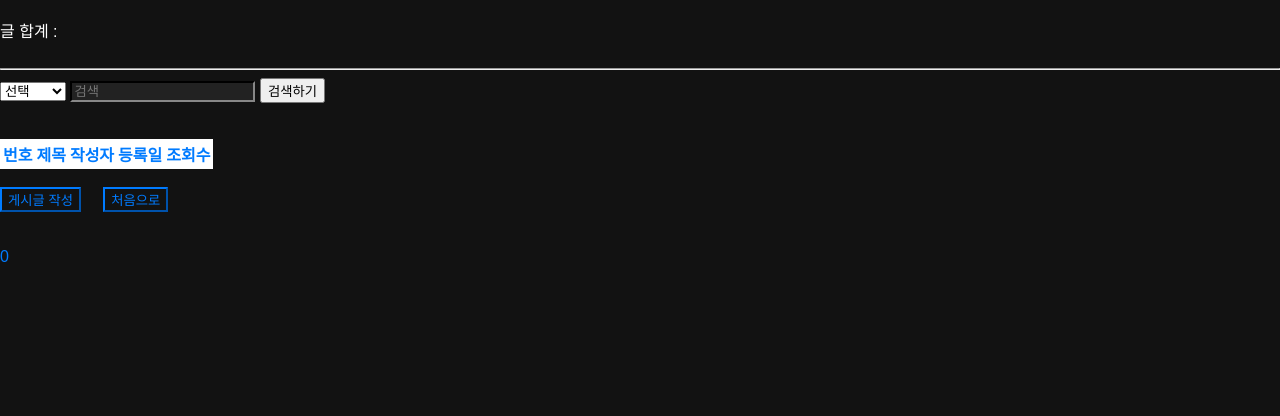
Repository: bbqju13/simai
Page: http://localhost/zip/WEB-INF/views/board/list.jsp
The author's editor kept a copy of each file at every save. The page is drawn from the files as they stood at one save, then again after the next save.
The browser window is 1280 px wide. The pictures show the whole page.
The page is served by Tomcat 9. Nobody is signed in. Other server files are loaded and not shown. The template is opened directly, without the code that normally fills it, so the values that code supplies are empty.

Above is the page before, as saved 2023-06-20 00:17:47.

### zip/src/main/webapp/WEB-INF/views/board/list.jsp
<%@ page language="java" contentType="text/html; charset=UTF-8"
	pageEncoding="UTF-8"%>
<%@ taglib uri="http://java.sun.com/jsp/jstl/core" prefix="c"%>
<!DOCTYPE html>
<html>
<head>
<meta charset="UTF-8">
<link rel="stylesheet" href="/resources/css/list.css">
<title>Board list</title>
</head>
<body class="text-center">

	<br>
	<div
		class="p-3 bg-info bg-opacity-10 border border-info border-start-0 rounded-end">
		<span>글 합계 : ${ph.totalCnt }</span>
	</div>
	<br>
	<hr>
	<form action="/board/list" method="get">
		<div>
			<c:set value="${ph.pgvo.type }" var="typed"></c:set>
			<select name="type">
				<option ${typed == null ? 'selected' : ''}>선택</option>
				<option value="t" ${typed eq 't' ? 'selected' : '' }>|제목|</option>
				<option value="c" ${typed eq 'c' ? 'selected' : '' }>|내용|</option>
				<option value="w" ${typed eq 'w' ? 'selected' : '' }>|작성자|</option>
			</select> <input type="text" name="keyword" placeholder="검색"> <input
				type="hidden" name="pageNo" value="${ph.pgvo.pageNo }"> <input
				type="hidden" name="qty" value="${ph.pgvo.qty }">
			<button type="submit">검색하기</button>
		</div>
	</form>
<br> <br>
	<table class="table table-striped">
		<thead>
			<tr>
				<th>번호</th>
				<th>제목</th>
				<th>작성자</th>
				<th>등록일</th>
				<th>조회수</th>
			</tr>
		</thead>
		<tbody>
			<c:forEach items="${list }" var="board">
				<tr>
					<td>${board.bno }</td>
					<td><a href="/board/detail?bno=${board.bno }">
							${board.title }</a></td>
					<td>${board.writer }</td>
					<td>${board.reg_date }</td>
					<td>${board.read_cnt }</td>
				</tr>
			</c:forEach>
		</tbody>
	</table>
	<br>
	<div class="btn-group" role="group" aria-label="Basic outlined example">
		<a href="/board/register">
			<button type="button" class="btn btn-outline-primary">게시글 작성</button>
		</a> &nbsp &nbsp <a href="/">
			<button type="button" class="btn btn-outline-primary">처음으로</button>
		</a>
	</div>
	<br> <br>
	<div>
		<c:if test="${ph.prev }">
			<a
				href="/board/list?pageNo=${ph.startPage - 1 }&qty=${ph.pgvo.qty}&type=${ph.pgvo.type}&keyword=${ph.pgvo.keyword}">◀
				| </a>
		</c:if>

		<c:forEach begin="${ph.startPage }" end="${ph.endPage }" var="i">
			<a
				href="/board/list?pageNo=${i }&qty=${ph.pgvo.qty}&type=${ph.pgvo.type}&keyword=${ph.pgvo.keyword}">
				${i } </a>
		</c:forEach>


		<c:if test="${ph.next }">
			<a
				href="/board/list?pageNo=${ph.endPage + 1 }&qty=${ph.pgvo.qty}&type=${ph.pgvo.type}&keyword=${ph.pgvo.keyword}">
				| ▶</a>
		</c:if>
	</div>
</body>
</html>

### zip/src/main/webapp/resources/css/list.css
@charset "UTF-8";

body {
	background-color: #121212;
	color: #fff;
	font-family: Arial, sans-serif;
	margin: 0;
	padding: 0;
	box-sizing: border-box;
}

.container {
	max-width: 960px;
	margin: 0 auto;
	padding: 20px;
}

.table {
	background-color: #fff;
	border-color: #333;
	transition: all 0.3s ease;
}

.table:hover {
	transform: scale(1.01);
	box-shadow: 0px 0px 10px rgba(0, 123, 255, 0.7);
}

.table thead th {
	color: #007bff;
}

.table tbody tr td, .table tbody tr th {
	color: #fff;
}

.btn-outline-primary {
	border-color: #007bff;
	color: #007bff;
	background-color: transparent;
	transition: all 0.3s ease;
}

.btn-outline-primary:hover {
	background-color: #007bff;
	color: #fff;
	box-shadow: 0px 0px 10px rgba(255, 255, 255, 0.7);
}

a, a:hover {
	color: #007bff;
	text-decoration: none;
}

input[type="text"], select.form-select {
	background-color: #222;
	color: #fff;
	border-color: #333;
}

After the next save:
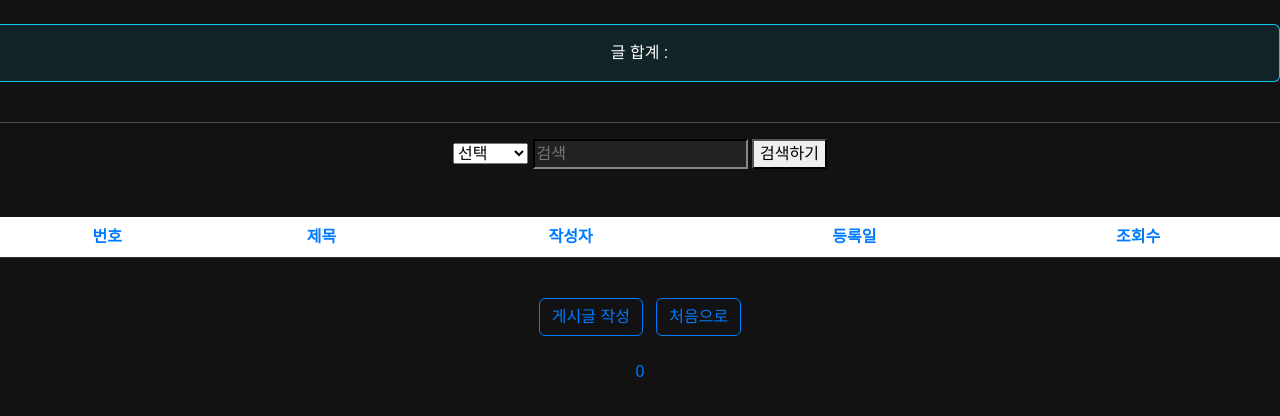
Saved 7 s later.
--- a/zip/src/main/webapp/WEB-INF/views/board/list.jsp
+++ b/zip/src/main/webapp/WEB-INF/views/board/list.jsp
@@ -5,6 +5,15 @@
 <html>
 <head>
 <meta charset="UTF-8">
+<link
+	href="https://cdn.jsdelivr.net/npm/bootstrap@5.2.3/dist/css/bootstrap.min.css"
+	rel="stylesheet"
+	integrity="sha384-rbsA2VBKQhggwzxH7pPCaAqO46MgnOM80zW1RWuH61DGLwZJEdK2Kadq2F9CUG65"
+	crossorigin="anonymous">
+<script
+	src="https://cdn.jsdelivr.net/npm/bootstrap@5.2.3/dist/js/bootstrap.bundle.min.js"
+	integrity="sha384-kenU1KFdBIe4zVF0s0G1M5b4hcpxyD9F7jL+jjXkk+Q2h455rYXK/7HAuoJl+0I4"
+	crossorigin="anonymous"></script>
 <link rel="stylesheet" href="/resources/css/list.css">
 <title>Board list</title>
 </head>
